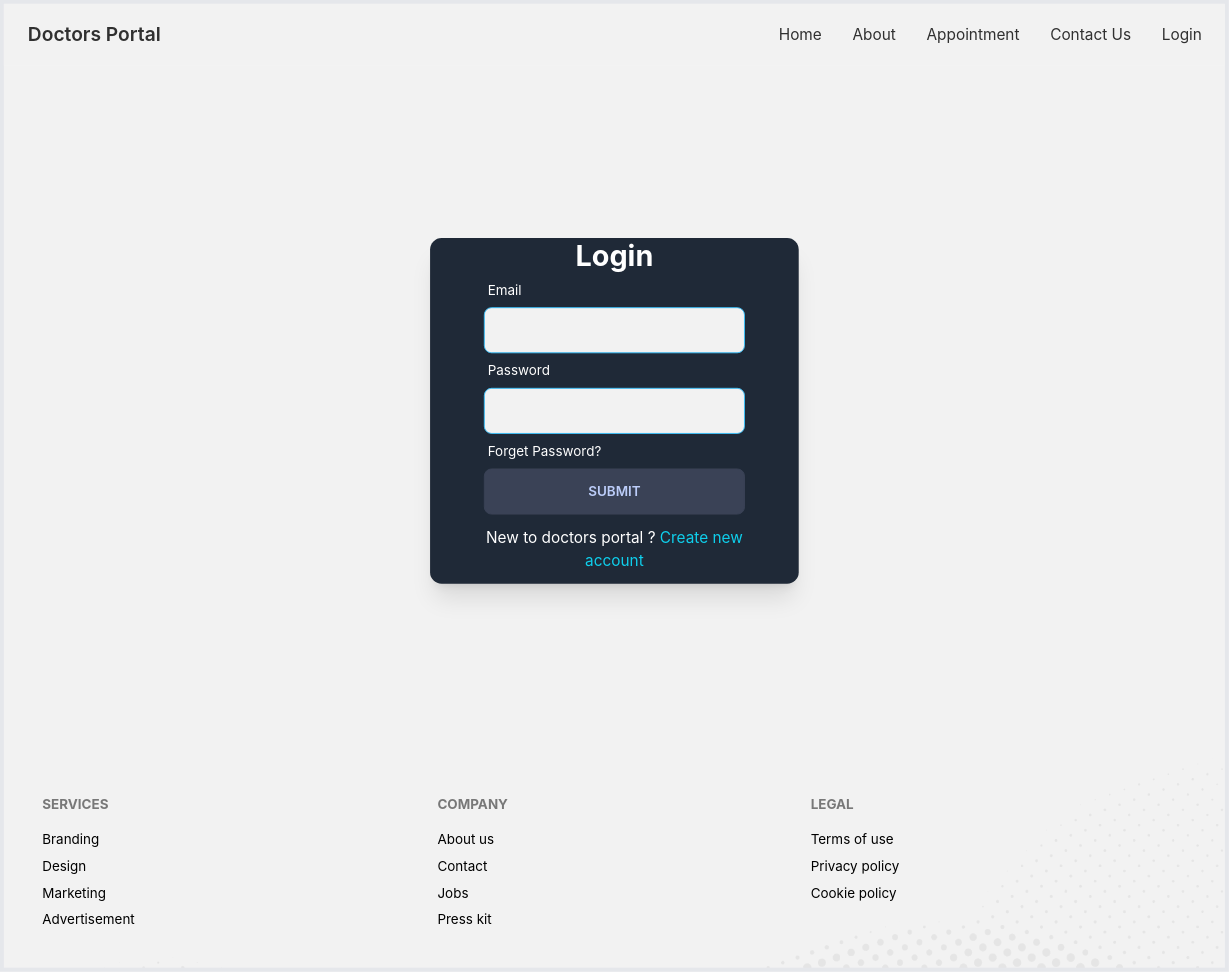
Repository: Samad77/Doctorportal-Client
Page: /login
An editor plug-in stored every save of this project. The page is shown before and after the next save, followed by the edit.
The browser window is 1280 px wide. The pictures show the whole page, at 96% of full size.
The project was rebuilt for these pictures with package versions that can differ from the ones it lists, and the page was loaded fresh each time. Also part of the build but not shown: src/Pages/Appointment/BookingModal/BookingModal.js, src/Pages/Appointment/AppoinmentCard/AppoinmentCard.js, src/Pages/Appointment/AppointmentBanner/AppointmentBanner.js, src/Pages/Appointment/AvailavleAppoinment/AvailableAppoinment.js, src/Pages/Appointment/Appoinment/Appoinment.js, src/Components/PrimaryButton/PrimaryButton.js, src/Pages/Home/Banner/Banner.js, src/Pages/Home/Cards/Cards.js and 6 more.

Above is the page before, as saved 2022-11-16 10:23:13.

After the next save:
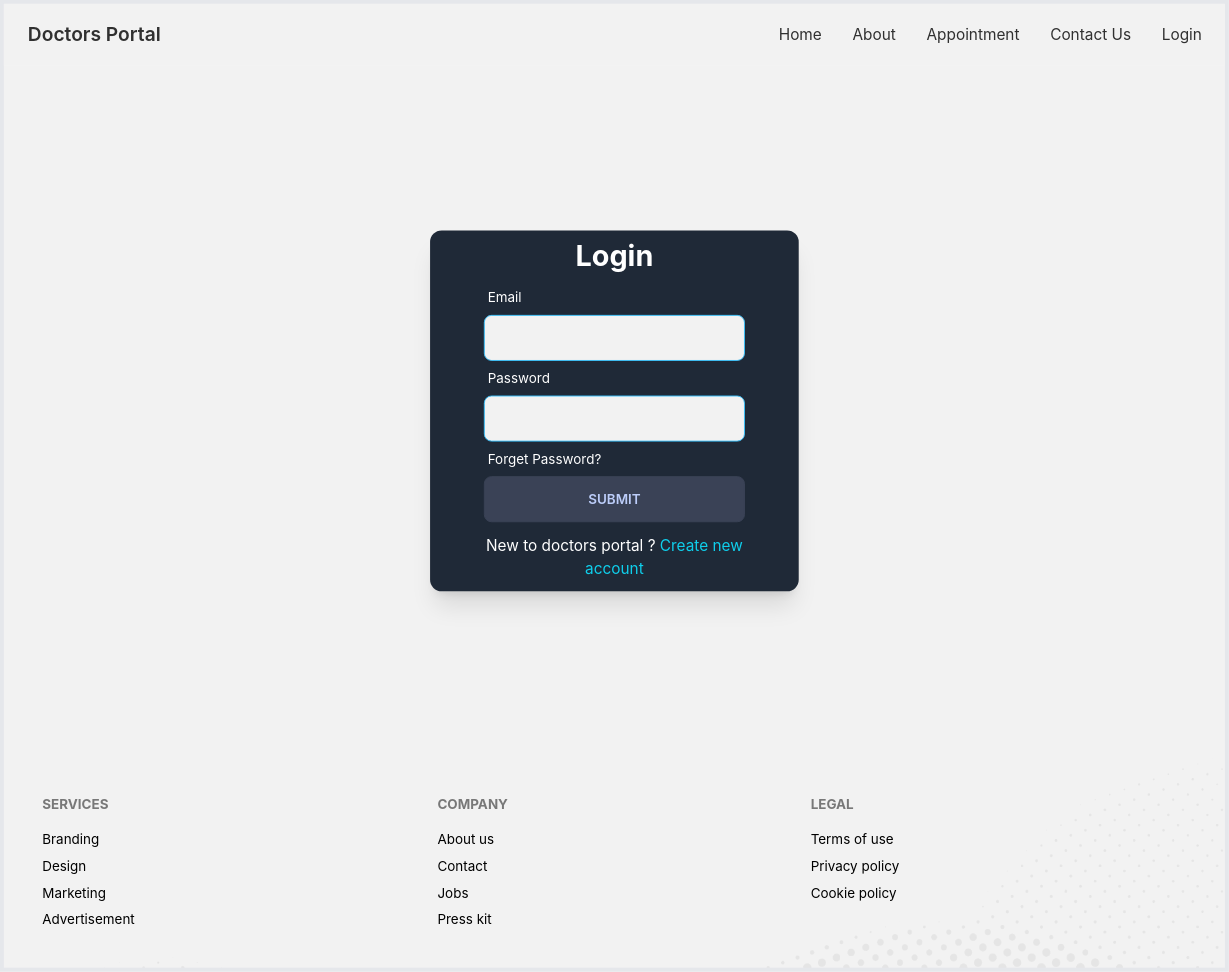
Saved 6 s later.
--- a/src/Pages/Login/Login.js
+++ b/src/Pages/Login/Login.js
@@ -9,7 +9,7 @@ const Login = () => {
         <section className='h-screen flex justify-center items-center  '>
 
             <form onSubmit={handleSubmit((data) => setData(JSON.stringify(data)))} className=" rounded-xl shadow-xl bg-gray-800 text-white w-96 px-14">
-                <h1 className='text-white font-bold text-3xl'>Login</h1>
+                <h1 className='text-white font-bold text-3xl my-2'>Login</h1>
                 <div className="form-control">
                     <label className="label ">
                         <span className="label-text text-white">Email</span>
